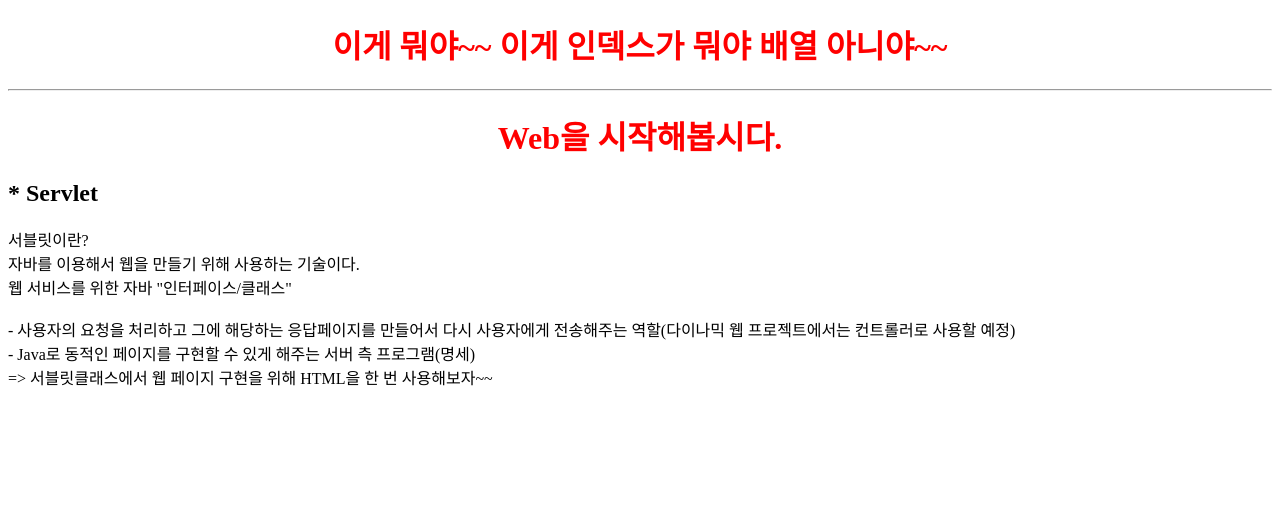
Repository: Rostreaca/0922_Web
Page: MyFirstWebProject/src/main/webapp/WEB-INF/index.html
These files come from the project's save history. The page is drawn as it stood at one moment and after the next save; the edit follows.
The browser window is 1280 px wide. The pictures show the whole page.

Above is the page before, as saved 2025-09-22 07:18:22.

### MyFirstWebProject/src/main/webapp/WEB-INF/index.html
<!DOCTYPE html>
<html>
<head>
<meta charset="UTF-8">
<title>안녕하세요 인 덱스입니다</title>
<style>
	h1{
		color : red;
		text-align: center;

	}
</style>
</head>
<body>
	<!--
		1) 새로운 워크스페이스를 만들어서 이클립스로 열기

		2) 작업 환경 구성

			2_1) 보여질 U.I를 구성

			2_2) 서버 실행환경 구성[Window - Preferences]
			(Server - Runtime Environments)
			이클립스 상에서 서버를 실행할 수 있도록 실행환경을 연동하는 과정
			Add버튼 클릭 -> 설치한 ApacheTomcat과 동일한 버전 선택 -> Next버튼 클릭
			-> Browse버튼 클릭 -> 설치한 톰캣 폴더 선택 -> Finish버튼 클릭

		3) 서버 생성하기

			3_1) [Servers] - [New] - [Server]

			3_2) 창에 기본적으로 2_2에서 세팅해놓은 Runtime이 잡혀 있을 것

			3_3)  Finish버튼 클릭

			3_4) 서버 세팅하기(만들어진 서버 더블클릭)

				3_4_1) 왼쪽하단에 ServerOption탭에 Server Module Publishing 체크
				=> file upload / download 경로 지정이 운영체제 상 숨김폴더로 지정

				3_4_2) 포트번호를 바꿔야한다면 재설정 => 작업이 끝나면 반드시 저장

			4) Dynamic Web Project만들기 [Project Explorer - new]

				4_1) 프로젝트명 신중하게 만들기 - Next

				4_2) default output folder 경로 재설정 :
					 src/main/webapp/WEB-INF/classes
				=> classes라는 폴더 안에 컴파일이 끝난 .class파일이 들어감
				WEB-INF안에 만들어두지 않으면 외부에서 접근이 가능하기 때문에 보안상 위험함

				4_3) Context root : 애플리케이션만의 고유한 이름으로 지어줄 것(기본값 : 프로젝트명)
				재정의해서 쓰는것이 보편적이고 실제로 자주 바뀔 수 있음
				=> 하나의 서버로 여러 개의 애플리케이션을 구동할 수 있음
				고유한 이름을 통해 애플리케이션에 접근하는 경로로 사용할 수 있음

				Content Directory : 실제로 배포되는 폴더(서버에 올라가는 폴더)의 최상위 폴더명!
				=> 변경 시 default output folder로 돌아가서 그쪽도 변경해야 함

				Generate web.xml deployement descriptor : 기본적으로는 체크가 안돼있음
				=> web.xml에는 애플리케이션 전체 정보가 들어있음(메인페이지 지정)
				굳이 바꿀 일 없어~~~ 하면은 안만들어도 무방
				혹시나 수정을 할 수도 있고 공부를 해야하니까 꼭 만들자!!!!

				Finish버튼 클릭

			5) 새로만들어진 Project 확인하기

				5_1) src - main - webapp - WEB-INF - classes폴더 잘 있나

				5_2) src - main - webapp - WEB-INF - web.xml 잘 있나

				5_3) src - main - webapp - index.html파일 만들기

			6) 생성해놓은 Server에 올리기

				[Servers] -> Server 오른쪽 클릭 -> Add and Remove -> 왼쪽에서 선택 후 클릭
				-> Finish

			7) 서버 실행 잘 되는거 확인했으면 브라우저 켜서 URL요청 보내서 index파일 잘 나오나 확인
		-->

	<h1>이게 뭐야~~ 이게 인덱스가 뭐야 배열 아니야~~</h1>

	<hr>

	<h1>Web을 시작해봅시다.</h1>

	<h2> * Servlet </h2>

	<p>
		서블릿이란? <br>
		자바를 이용해서 웹을 만들기 위해 사용하는 기술이다. <br>
		웹 서비스를 위한 자바 "인터페이스/클래스" <br><br>

		- 사용자의 요청을 처리하고 그에 해당하는 응답페이지를 만들어서
		  다시 사용자에게 전송해주는 역할(다이나믹 웹 프로젝트에서는 컨트롤러로 사용할 예정) <br>
		- Java로 동적인 페이지를 구현할 수 있게 해주는 서버 측 프로그램(명세) <br>

		=> 서블릿클래스에서 웹 페이지 구현을 위해 HTML을 한 번 사용해보자~~
	</p>

	<h3><a></a></h3>
</body>
</html>

After the next save:
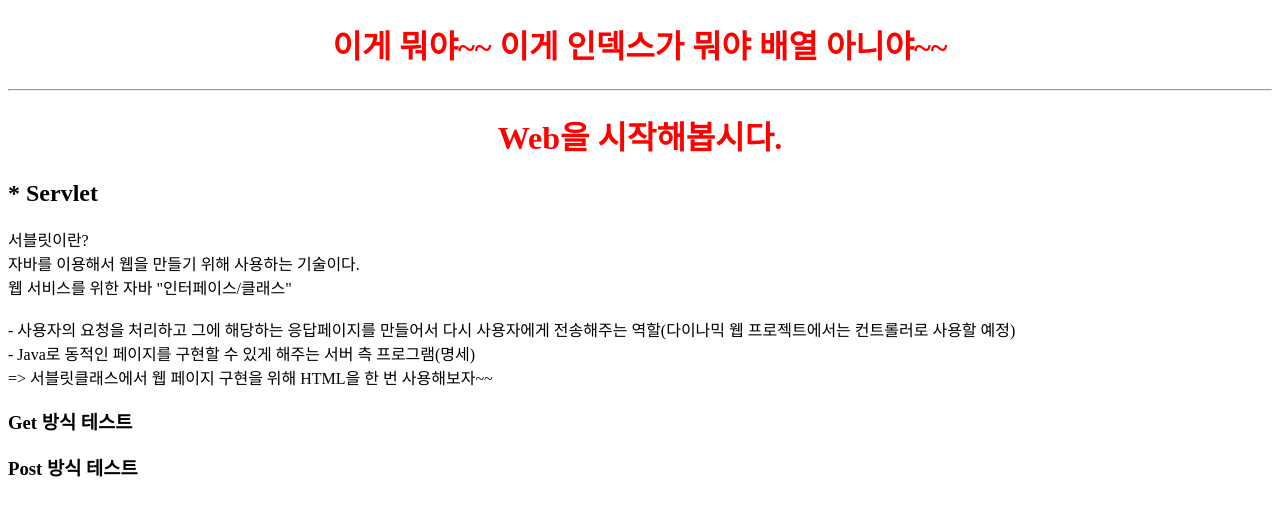
Saved 23 s later.
--- a/MyFirstWebProject/src/main/webapp/WEB-INF/index.html
+++ b/MyFirstWebProject/src/main/webapp/WEB-INF/index.html
@@ -100,6 +100,8 @@
 		=> 서블릿클래스에서 웹 페이지 구현을 위해 HTML을 한 번 사용해보자~~
 	</p>
 
-	<h3><a></a></h3>
+	<h3><a>Get 방식 테스트</a></h3>
+
+	<h3><a>Post 방식 테스트</a></h3>
 </body>
 </html>
